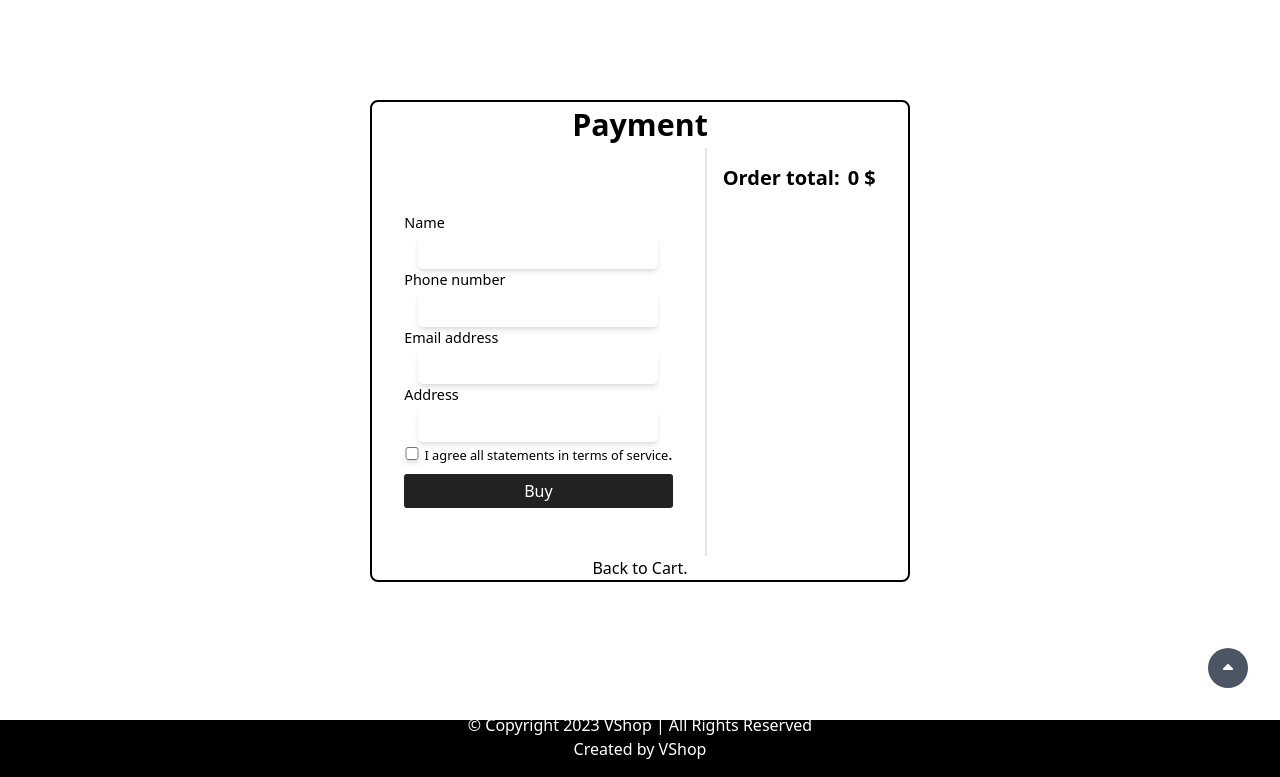
Repository: Kith933UTH/VSHOP
Page: /payment
These files come from the project's save history. The page is drawn as it stood at one moment and after the next save; the edit follows.
The browser window is 1280 px wide. The pictures show the whole page.
Pictures or frames that could not be fetched are drawn as grey boxes. The project was rebuilt for these pictures with package versions that can differ from the ones it lists, and the page was loaded fresh each time. Also part of the build but not shown: src/components/product-item/ProductItem.js, src/components/loader/Loader.js, src/constants/constants.js, src/components/product-filters/Category.js, src/components/product-filters/Price.js, src/components/product-filters/Rating.js, src/components/product-filters/ProductFilters.js, src/components/cart-shopping/CartEmpty.js and 20 more.

Above is the page before, as saved 2023-08-04 22:19:16.

### public/index.html
<!DOCTYPE html>
<html lang="en">
  <head>
    <meta charset="utf-8" />
    <link rel="icon" href="./logo.png" />
    <meta name="viewport" content="width=device-width, initial-scale=1" />
    <meta name="theme-color" content="#000000" />
    <meta
      name="description"
      content="Web site created using create-react-app"
    />
    <link rel="apple-touch-icon" href="%PUBLIC_URL%/logo192.png" />
    <!--
      manifest.json provides metadata used when your web app is installed on a
      user's mobile device or desktop. See https://developers.google.com/web/fundamentals/web-app-manifest/
    -->
    <link rel="manifest" href="%PUBLIC_URL%/manifest.json" />
    <!--
      Notice the use of %PUBLIC_URL% in the tags above.
      It will be replaced with the URL of the `public` folder during the build.
      Only files inside the `public` folder can be referenced from the HTML.

      Unlike "/favicon.ico" or "favicon.ico", "%PUBLIC_URL%/favicon.ico" will
      work correctly both with client-side routing and a non-root public URL.
      Learn how to configure a non-root public URL by running `npm run build`.
    -->
    <title>VShop</title>
  </head>
  <body>
    <noscript>You need to enable JavaScript to run this app.</noscript>
    <div id="root"></div>
  </body>
</html>

### src/index.js
import React from 'react'
import ReactDOM from 'react-dom/client'
import App from './App'
import {Provider} from "react-redux"
import {BrowserRouter} from "react-router-dom"
import {store} from "./redux"
import './index.css'

const root = ReactDOM.createRoot(document.getElementById('root'))
root.render(
    <Provider store={store}>
        <BrowserRouter>
            <App />
        </BrowserRouter>
    </Provider>
)

### src/redux/index.js
import {configureStore} from "@reduxjs/toolkit"
import {productsApi} from "./products/products.api"
import {productReducer} from "./products/products.slice"
import {setupListeners} from "@reduxjs/toolkit/query"

export const store = configureStore({
    reducer: {
        [productsApi.reducerPath]: productsApi.reducer,
        product: productReducer
    },
    middleware: getDefaultMiddleware => getDefaultMiddleware().concat(productsApi.middleware)
})

setupListeners(store.dispatch)

### src/index.css
@tailwind base;
@tailwind components;
@tailwind utilities;

@layer utilities {
    input[type="number"]::-webkit-inner-spin-button,
    input[type="number"]::-webkit-outer-spin-button {
        @apply appearance-none;
    }
}

html, body {
    width: 100%;
    height: 100%;
}

body::-webkit-scrollbar,
.box-item::-webkit-scrollbar,
.search-box::-webkit-scrollbar{
    width: 8px;
}

main {
    display: flex;
    flex-direction: column;
    height: 100%;
}

body::-webkit-scrollbar-thumb,
.box-item::-webkit-scrollbar-thumb,
.search-box::-webkit-scrollbar-thumb{
    background-color: #ccc;
    border-radius: 20px;
}

#root {
    height: 100%;
}

body {
    overflow: hidden;
}

.productItem:hover {
    transition: opacity .3s linear;
    opacity: .5;
}

.box-item {
    height: 320px;
    overflow-y: scroll;
}

/* Loader */
.loader-box {
    width: 100px;
    height: 100px;
    display: flex;
    justify-content: center;
    align-items: center;
    margin: 50px auto 0;
}

.loader{
    position: relative;
    width: 70px;
    height: 70px;
}

.loader span {
    position: absolute;
    top:0;
    left: 0;
    width: 100%;
    height: 100%;
    transform: rotate(calc(18deg * var(--i)));
}

.loader span::before {
    content:'';
    position: absolute;
    top: 0;
    left: 0;
    width: 10px;
    height: 10px;
    background: #000;
    border-radius: 50%;
    transform: scale(0);
    animation: animate 2s linear infinite;
    animation-delay: calc(0.1s * var(--i));
}
@keyframes animate {
    0%{
        transform: scale(0);
    }
    10%{
        transform: scale(1.2);
    }
    80%,100%{
        transform: scale(0);
    }
}

### src/context/context.js
import {createContext} from "react"

export const Context = createContext()

### src/components/footer/Footer.js
import React from "react"
import { Contact } from "../contact/Contact"
import { Policy } from "../policy/Policy"
export function Footer() {
    return (
        <footer className='bg-black text-white in-h-fit'>
            {/* <div className='max-w-[1240px] mx-auto py-2 text-sm sm:text-base'>
                <div className='flex justify-center'>
                    <a href='https://github.com/VolodymyrGoshko/react-shop'
                       target='_blank'
                       rel="noreferrer"
                       className='capitalize border-b mb-3 text-base hover:text-gray-300 transition'
                    >
                        view source code on github
                    </a>
                </div>
                <div className='flex justify-center flex-col items-center'>
                    <p className='text-center'>© Copyright 2022 React Shop | All Rights Reserved</p>
                    <a href='https://www.linkedin.com/in/volodymyr-goshko-656ab920b/'
                       target="_blank"
                       rel="noreferrer"
                       className='hover:text-gray-300 transition'
                    >
                        Created by Volodymyr Goshko
                    </a>
                </div>
            </div> */}
            <Contact />
            <Policy />
            <div className='flex justify-center flex-col items-center my-4'>
                    <p className='text-center'>© Copyright 2023 VShop | All Rights Reserved</p>
                    <a href='#' className='hover:text-gray-300 transition' >
                        Created by VShop
                    </a>
                </div>
        </footer>
    )
}

### src/components/btn-scroll/BtnScroll.js
import React from "react"
import {FontAwesomeIcon} from "@fortawesome/react-fontawesome"
import {faCaretUp} from "@fortawesome/free-solid-svg-icons"

export function BtnScroll() {
    const topClick = () => {
        const body = document.querySelector('body').getBoundingClientRect().top + window.scrollY
        window.scroll({
            top: body,
            behavior: 'smooth'
        })
    }

    return (
        <button
            className='fixed bottom-8 right-4 bg-gray-600 text-white rounded-full w-[30px] h-[30px] md:w-[40px] md:h-[40px] md:right-8 md:bottom-8 z-20 shadow-gray-600'
            onClick={topClick}
        >
            <FontAwesomeIcon icon={faCaretUp}/>
        </button>
    )
}

### src/components/payment/Payment.js
import React from "react"
import { useState } from "react"
import {useDispatch, useSelector} from "react-redux"
import { Link } from "react-router-dom"
import { CartItemPayment } from "./CartItemPayment"
import './index.css'
export function Payment({login}) {
    const [cardPay, setCardPay] = useState(false)
    const {cart, btnCart} = useSelector(state => state.product)
    const totalPrice = () => {
        let price = 0
        cart.forEach(item => price += item.price * item.quantity)
        return Math.round(price * 0.9 * 100) / 100
    }
    return (
        <div className="payment-page text-center m-5-auto flex justify-center">
            <div className="border-2 rounded-lg border-black w-max h-fit">
            <h2>Payment</h2>
            <div className="flex flex-row justify-center">
                <form className="border-none bg-none m-0" action="/success">
                    <p>
                        <label>Name</label><br/>
                        <input className='shadow-md' type="text" name="name" required />
                    </p>
                    <p>
                        <label>Phone number</label><br/>
                        <input className='shadow-md' type="tel" name="tel" required />
                    </p>
                    <p>
                        <label>Email address</label><br/>
                        <input className='shadow-md' type="email" name="email" required />
                    </p>
                    <p>
                        <label>Address</label><br/>
                        <input className='shadow-md'  type="text" name="address" required />
                    </p>
                    <p className='mb-2'>
                        <input className='shadow-md' type="checkbox" name="checkbox" id="checkbox" required /> <span>I agree all statements in <a href="https://google.com" target="_blank" rel="noopener noreferrer">terms of service</a></span>.
                    </p>
                    <p>
                        <button id="sub_btn" type="submit">Buy</button>
                    </p>
                </form>
                <div className={`border-l-2 px-4 ${cart.length > 2 ? 'box-item' : ''}`}>
                    {cart.map(item => <CartItemPayment key={item.id} item={item}/>)}
                    <div className='flex justify-center sm:justify-end pt-4'>
                        <div className='w-fit rounded-xl flex flex-col justify-between items-center sm:flex-row'>
                            <div className='mr-0 sm:mr-4 font-semibold'>
                                <span className='mr-2 text-base sm:text-xl'>Order total:</span>
                                <span className='text-base sm:text-xl'>{totalPrice()} $</span>
                            </div>
                        </div>
                    </div>
                </div>
            </div>
            <footer>
                <p><Link to="/">Back to Cart</Link>.</p>
            </footer>
            </div>
        </div>
    )
}

### src/redux/products/products.api.js
import {createApi, fetchBaseQuery} from "@reduxjs/toolkit/query/react"

export const productsApi = createApi({
    reducerPath: 'products/api',
    baseQuery: fetchBaseQuery({
        baseUrl: 'https://fakestoreapi.com'
    }),
    // refetchOnFocus: true,
    endpoints: build => ({
        getProductsAll: build.query({
            query:() => ({
                url: '/products'
            })
        }),
        getProductById: build.query({
            query:(id) => ({
                url: `/products/${id}`
            })
        }),
        getProductByCategory: build.query({
            query:(category) => ({
                url: `/products/category/${category}`
            })
        })
    })
})

export const {
    useGetProductsAllQuery,
    useGetProductByIdQuery,
    useGetProductByCategoryQuery
} = productsApi

### src/components/policy/Policy.js
import React from "react"
import { Link } from "react-router-dom"
export function Policy() {
    return (
        <div className='text-white in-h-fit max-w-[1240px] mx-auto py-2 text-sm sm:text-base flex justify-around items-cente'>
            <Link className='text-lg font-medium text-center' to='/return-policy'>
                RETURN POLICIES
            </Link>
            <Link className='text-lg font-medium text-center' to='/warranty-policy'>
                WARRANTY POLICIES
            </Link>
            <Link className='text-lg font-medium text-center' to='/shipping-policy'>
                SHIPPING POLICIES
            </Link>
        </div>
    )
}

### src/components/login/index.css
/* .m-5-auto {
    margin: 5rem auto
} */

.primary-button {
    margin-top: 5rem;
    margin-right: 1rem;
    padding: .6rem;
    width: 10rem;
    background: #222;
    border: none;
    color: #fff;
    font-size: 1.2rem;
    transition: all .5s;
    cursor: pointer;
    text-transform: capitalize
}

/***    Landing Page     ***/
.main-title,
.main-para {
    color: #f1f1f1
}

.main-title {
    padding-top: 10rem;
    font-size: 5rem;
    font-family: 'Fascinate', cursive;
    text-transform: uppercase
}

.main-para {
    font-size: 2.5rem;
    text-Transform: capitalize
}

#reg_btn span {
    display: inline-block;
    position: relative;
    transition: 0.5s;
}

#reg_btn span:after {
    content: '\00bb';
    position: absolute;
    opacity: 0;
    top: 0;
    right: -20px;
    transition: 0.5s;
}

#reg_btn:hover span {
  padding-right: 25px;
}

#reg_btn:hover span:after {
  opacity: 1;
  right: 0;
}

/***    Login Page     ***/
.login-page h2 {
    font-weight: 700;
    font-size: 1.9rem;
}
.login-page {
    position: fixed;
    top: 0;
    left: 0;
    right: 0;
    bottom: 0;
    z-index: 10;
    background-color: white;
    padding-top: 100px;
}

.login-page form {
    display: inline-block;
    background: #f3f3f3;
    border: 1px solid #ddd;
    border-radius: 2px;
    padding: 2rem;
    margin: 2rem 0 1rem 0
}

.login-page form label {
    float: left;
    font-size: .9rem;
    margin: 0;
    padding: 0
}

.right-label {
    float: right;
    cursor: pointer
}

.login-page input {
    width: 15rem;
    padding: .3rem;
    border-radius: 5px;
    outline: none;
    border: none
}

#sub_btn {
    display: block;
    width: 100%;
    padding: .3rem;
    border: none;
    background: #222;
    color: #fff;
    border-radius: 3px;
}

#sub_btn:hover {
    background: #333;
    transition: all .5s
}

/* footer p {
    margin: 0;
    font-size: .9rem
} */

/***    Register Page     ***/
#checkbox {
    width: 1rem
}

form span {
    font-size: .8rem
}

#reset_pass_lbl {
    float: left
}

/***    Home Page     ***/
.home-page-title {
    color: #222
}


.register-page input {
    width: 15rem;
    padding: .3rem;
    border-radius: 5px;
    outline: none;
    border: none
}

.register-page h2 {
    font-weight: 700;
    font-size: 1.9rem;
}
.register-page {
    position: fixed;
    top: 0;
    left: 0;
    right: 0;
    bottom: 0;
    z-index: 10;
    background-color: white;
    padding-top: 100px;
}

.register-page form {
    display: inline-block;
    background: #f3f3f3;
    border: 1px solid #ddd;
    border-radius: 2px;
    padding: 2rem;
    margin: 2rem 0 1rem 0
}

.register-page form label {
    float: left;
    font-size: .9rem;
    margin: 0;
    padding: 0
}

### src/components/payment/index.css
.payment-page input {
    width: 15rem;
    padding: .3rem;
    border-radius: 5px;
    outline: none;
    border: none
}

.payment-page h2 {
    font-weight: 700;
    font-size: 1.9rem;
}
.payment-page {
    position: fixed;
    top: 0;
    left: 0;
    right: 0;
    bottom: 0;
    z-index: 10;
    background-color: white;
    padding-top: 100px;
}

.payment-page form {
    display: inline-block;
    padding: 2rem;
    margin: 2rem 0 1rem 0
}

.payment-page form label {
    float: left;
    font-size: .9rem;
    margin: 0;
    padding: 0
}

### src/components/contact/index.css
.contact-section {
    /* height: 96vh; */
    width: 100%;
    border-bottom: 1px solid #999;
}

.form-area {
    position: relative;
    /* height:84vh; */
    width: 100%;
    background: black;
    -webkit-box-sizing: border-box;
    box-sizing: border-box;
}

.form-area .form-wrap {
    /* position: absolute; */
    /* left: 50%;
    -webkit-transform: translateX(-50%);
    -ms-transform: translateX(-50%);
    transform: translateX(-50%); */
    width: 1120px;
    background-color: white;
    background-size: cover;
    background-position: center;
    border-radius: 0.2rem;
    -webkit-box-sizing: border-box;
    box-sizing: border-box;
    -webkit-box-shadow: 0 0 0.4rem 0 #999;
    box-shadow: 0 0 0.4rem 0 #999;
}

.form-wrap .title {
    padding-top: 2.4rem;
    width: 100%;
    -webkit-box-sizing: border-box;
    box-sizing: border-box;
}

.form-wrap .title h1 {
    color: black;
    font-size: 2.6rem;
    text-align: center;
}

.form-wrap .contact-area {
    padding-top: 3rem;
    display: -webkit-box;
    display: -ms-flexbox;
    display: flex;
    width: 100%;
    height: auto;
    -webkit-box-sizing: border-box;
    box-sizing: border-box;
}

.contact-area .contact-info {
    display: flex;
    flex-direction: column;
    justify-content: center;
    align-items: center;
    width: 35%;
    height: 100%;
    margin-left: 6rem;
}

.contact-info>div {
    margin-bottom: 1rem;
    display: -webkit-box;
    display: -ms-flexbox;
    display: flex;
    -webkit-box-align: center;
    -ms-flex-align: center;
    align-items: center;
}

.contact-info>div>p {
    color: #333;
    font-size: 1.4rem;
    font-weight: 500;
    text-align: center;
}

.contact-info>div>span {
    color: #61790a;
    font-size: 2rem;
    margin-right: 0.8rem;
}

.contact-area .contact-form {
    display: -webkit-box;
    display: -ms-flexbox;
    display: flex;
    -webkit-box-orient: vertical;
    -webkit-box-direction: normal;
    -ms-flex-direction: column;
    flex-direction: column;
    width: 60%;
    height: auto;
    padding: 0 3rem;
    -webkit-box-sizing: border-box;
    box-sizing: border-box;
}

.contact-form .name-field {
    display: -webkit-box;
    display: -ms-flexbox;
    display: flex;
    -webkit-box-pack: justify;
    -ms-flex-pack: justify;
    justify-content: space-between;
}

.name-field .input-area {
    width: 48%;
}

.contact-form .input-area {
    position: relative;
    margin-bottom: 2rem;
}

.input-area input {
    height: 3rem;
    width: 100%;
    color: #333;
    font-size: 1.2rem;
    border: 2px solid #fff;
    border-radius: 0.2rem;
    /* background: #eff; */
    -webkit-box-shadow: 0 0 0.1rem #666;
    box-shadow: 0 0 0.1rem #666;
    outline: none;
    padding: 0 1rem;
    -webkit-box-sizing: border-box;
    box-sizing: border-box;
    -webkit-transition: all 0.3s ease;
    -o-transition: all 0.3s ease;
    transition: all 0.3s ease;
}

.input-area label {
    position: absolute;
    top: 50%;
    left: 1rem;
    -webkit-transform: translateY(-50%);
    -ms-transform: translateY(-50%);
    transform: translateY(-50%);
    color: #333;
    font-size: 1.2rem;
    font-weight: 500;
    -webkit-transition: all 0.3s ease;
    -o-transition: all 0.3s ease;
    transition: all 0.3s ease;
}

.input-area input:focus~label,
.input-area input:valid~label {
    top: -0.8rem;
    left: 0;
    color: #fff;
    background: #111;
    border-radius: 5px;
    padding: 0.2rem;
    font-size: 1rem;
}

.contact-form .message-area {
    position: relative;
    -webkit-box-flex: 1;
    -ms-flex: 1 1 auto;
    flex: 1 1 auto;
    height: 200px;
    width: 100%;
}

.message-area textarea {
    height: 100%;
    width: 100%;
    border: 2px solid #fff;
    outline: none;
    font-size: 1.2rem;
    padding: 1rem;
    color: #333;
    -webkit-box-sizing: border-box;
    box-sizing: border-box;
    -webkit-box-shadow: 0 0 0.1rem #666;
    box-shadow: 0 0 0.1rem #666;
    border-radius: 0.2rem;
    resize: vertical;
    -webkit-transition: all 0.3s ease;
    -o-transition: all 0.3s ease;
    transition: all 0.3s ease;
}

.message-area label {
    position: absolute;
    color: #333;
    font-weight: 500;
    font-size: 1.2rem;
    top: 1rem;
    left: 1rem;
    -webkit-transition: all 0.3s ease;
    -o-transition: all 0.3s ease;
    transition: all 0.3s ease;
}

.message-area textarea:focus~label,
.message-area textarea:valid~label {
    top: -1.6rem;
    left: 0;
    color: #fff;
    padding: 0.2rem;
    background: #111;
    font-size: 1rem;
}

.contact-form .btn {
    margin-top: 1.8rem;
}

.contact-form .btn button {
    height: 3.2rem;
    width: 8rem;
    border: none;
    outline: none;
    color: #fff;
    font-size: 1.2rem;
    background: black;
    border-radius: 0.1rem;
    cursor: pointer;
}

#contact.menu-active {
    padding-top: 2rem;
}

### src/components/contact/reponsive.css
@media screen and (min-width: 940px) and (max-width: 1360px) {
    /* .contact-section {
        height: 107vh;
    } */
    .form-area .form-wrap {
        width: 90%;
        height: 620px;
    }
}

@media screen and (max-width: 1040px) {
    .contact-area .contact-info {
        margin-left: 0;
        display: flex;
        flex-direction: column;
        justify-content: center;
        align-items: center;
    }

    .contact-area .contact-form {
        padding: 0 1.8rem;
    }

}



@media screen and (max-width: 940px) {
    /* .contact-section {
        height: 148vh;
    } */

    .form-area .form-wrap {
        padding-bottom: 3.6rem;
        width: 80%;
        height: auto;
    }

    .form-wrap .contact-area {
        -webkit-box-orient: vertical;
        -webkit-box-direction: normal;
        -ms-flex-direction: column;
        flex-direction: column;
        -webkit-box-pack: center;
        -ms-flex-pack: center;
        justify-content: center;
    }

    .contact-area .contact-info {
        width: 100%;
    }

    .contact-area .contact-form {
        width: 100%;
        padding: 1rem 4rem 0 4rem;
    }
}

/*
@media screen and (max-width: 836px) {
    .contact-section {
        min-height: 96vh;
    }
} */

@media screen and (max-width: 770px) {
    .contact-section {
        height: 1100px;
    }

    .form-area .form-wrap {
        width: 88%;
        height: auto;
    }
}

@media screen and (max-width: 680px) {
    .contact-section {
        height: 1100px;
    }


    .form-area .form-wrap {
        /* top: -82%; */
        width: 88%;
        height: auto;
    }

}


@media screen and (max-width: 490px) {
    .contact-section {
        height: 1100px;
    }

    .contact-area .contact-info {
        width: 88%;
        margin-left: 1.2rem;
    }

    .form-area .form-wrap {
        /* top: -82%; */
        width: 88%;
        height: auto;
    }

    .contact-info>div>p {
        font-size: 1.2rem;
    }

    .contact-area .contact-form {
        margin-top: 1.4rem;
        padding: 0 1.2rem;
    }

}

@media screen and (max-width: 390px) {
    .contact-section {
        height: 1130px;
    }

    .contact-area .contact-info {
        width: 80%;
        /* margin-left: 1.2rem; */
    }

    .form-area .form-wrap {
        width: 90%;
        height: auto;
    }

    .contact-info>div>p {
        font-size: 1.2rem;
    }

    .contact-area .contact-form {
        width: 100%;
        padding: 1rem 1rem 0 1rem;
    }
}


@media screen and (max-width: 340px) {
    .contact-section {
        height: 980px;
    }

    .form-area .form-wrap {
        top: -86%;
        width: 96%;
    }

    .contact-area  {
        width: 100%;
    }

    .contact-area .contact-info {
        width: 100%;
        margin-left: 1rem;
    }

    .form-wrap .title h1 {
        font-size: 2rem;
    }

    .contact-info>h2 {
        font-size: 1.6rem;
    }

    .contact-info>div>p {
        font-size: 1rem;
    }

    .contact-info>div>span {
        font-size: 1.2rem;
    }

    .input-area label {
        font-size: 1rem;
    }

    .message-area label {
        font-size: 1rem;
    }

}

Loaded but not shown: tailwind.config.js (common file); src/components/contact/Contact.js (66 lines, source omitted); src/App.js (46 lines, source omitted); src/redux/products/products.slice.js (60 lines, source omitted)

After the next save:
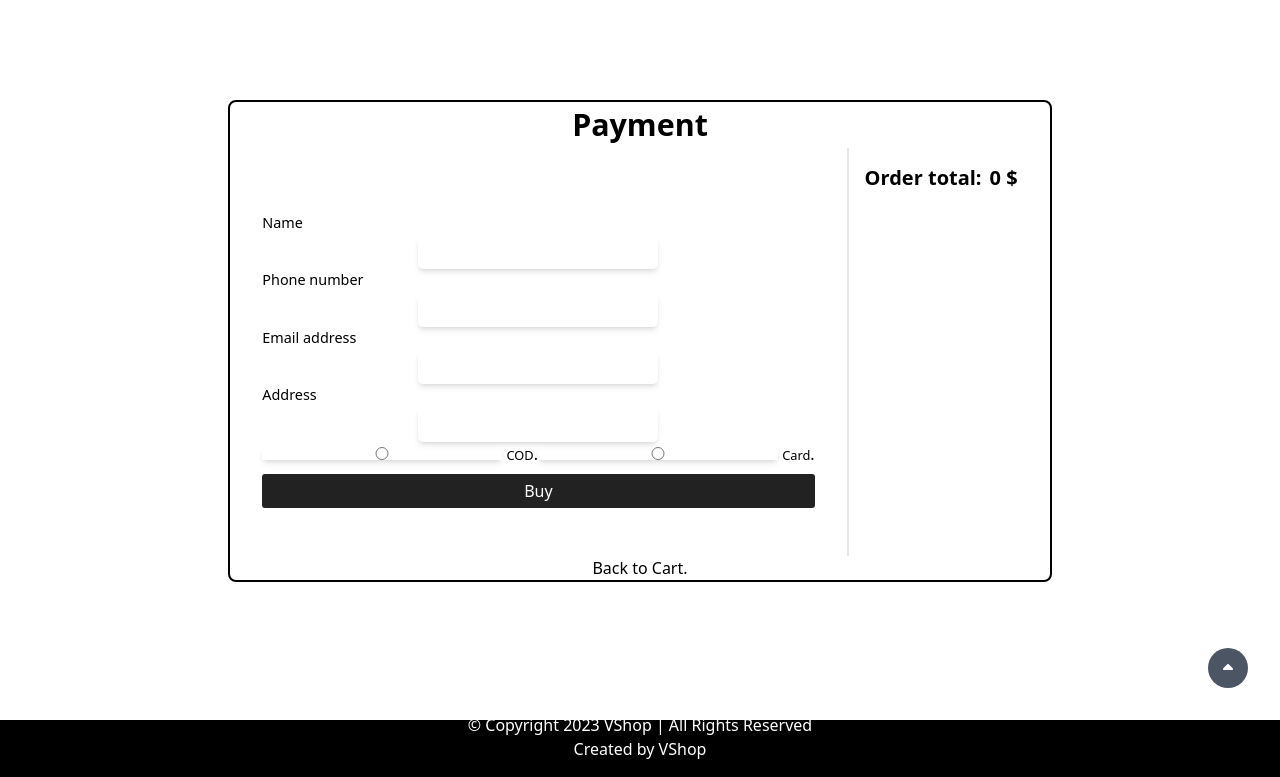
Saved 93 s later.
--- a/src/components/payment/Payment.js
+++ b/src/components/payment/Payment.js
@@ -35,7 +35,8 @@ export function Payment({login}) {
                         <input className='shadow-md'  type="text" name="address" required />
                     </p>
                     <p className='mb-2'>
-                        <input className='shadow-md' type="checkbox" name="checkbox" id="checkbox" required /> <span>I agree all statements in <a href="https://google.com" target="_blank" rel="noopener noreferrer">terms of service</a></span>.
+                        <input className='shadow-md' type="radio" name="checkbox" /> <span>COD</span>.
+                        <input className='shadow-md' type="radio" name="checkbox" /> <span>Card</span>.
                     </p>
                     <p>
                         <button id="sub_btn" type="submit">Buy</button>
